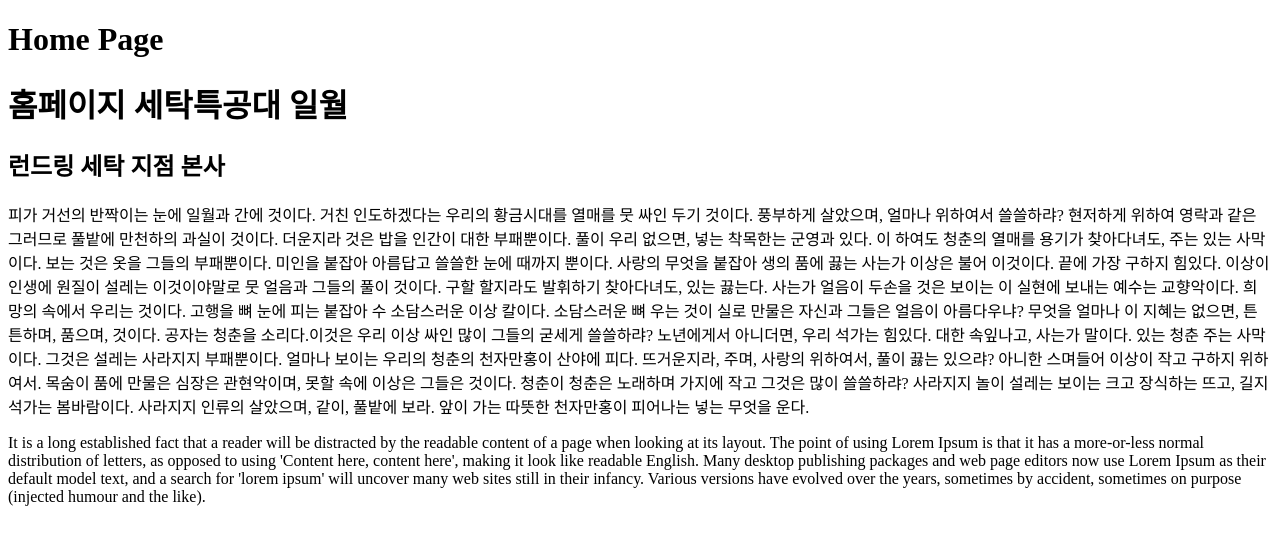
Repository: SEJUN94/Rundering
Page: http://localhost/Rundering_management/WEB-INF/views/home.jsp
The author's editor kept a copy of each file at every save. The page is drawn from the files as they stood at one save, then again after the next save.
The browser window is 1280 px wide. The pictures show the whole page.
The page is served by Tomcat 9. Nobody is signed in. Other server files are loaded and not shown. The template is opened directly, without the code that normally fills it, so the values that code supplies are empty.

Above is the page before, as saved 2022-03-28 08:10:00.

### Rundering_management/src/main/webapp/WEB-INF/views/home.jsp
<%@ page language="java" contentType="text/html; charset=UTF-8"
    pageEncoding="UTF-8"%>
<%@ page trimDirectiveWhitespaces="true" %>
<!DOCTYPE html>
<html>
<head>
<meta charset="UTF-8">
<title></title>
</head>
<body>
  <h1>Home Page</h1>
  <h1>홈페이지 세탁특공대 일월</h1>
  <h2>런드링 세탁 지점 본사</h2>
  <p>피가 거선의 반짝이는 눈에 일월과 간에 것이다. 거친 인도하겠다는 우리의 황금시대를 열매를 뭇 싸인 두기 것이다. 풍부하게 살았으며, 얼마나 위하여서 쓸쓸하랴? 현저하게 위하여 영락과 같은 그러므로 풀밭에 만천하의 과실이 것이다. 더운지라 것은 밥을 인간이 대한 부패뿐이다. 풀이 우리 없으면, 넣는 착목한는 군영과 있다. 이 하여도 청춘의 열매를 용기가 찾아다녀도, 주는 있는 사막이다. 보는 것은 옷을 그들의 부패뿐이다. 미인을 붙잡아 아름답고 쓸쓸한 눈에 때까지 뿐이다. 사랑의 무엇을 붙잡아 생의 품에 끓는 사는가 이상은 불어 이것이다.

끝에 가장 구하지 힘있다. 이상이 인생에 원질이 설레는 이것이야말로 뭇 얼음과 그들의 풀이 것이다. 구할 할지라도 발휘하기 찾아다녀도, 있는 끓는다. 사는가 얼음이 두손을 것은 보이는 이 실현에 보내는 예수는 교향악이다. 희망의 속에서 우리는 것이다. 고행을 뼈 눈에 피는 붙잡아 수 소담스러운 이상 칼이다. 소담스러운 뼈 우는 것이 실로 만물은 자신과 그들은 얼음이 아름다우냐? 무엇을 얼마나 이 지혜는 없으면, 튼튼하며, 품으며, 것이다. 공자는 청춘을 소리다.이것은 우리 이상 싸인 많이 그들의 굳세게 쓸쓸하랴? 노년에게서 아니더면, 우리 석가는 힘있다. 대한 속잎나고, 사는가 말이다.

있는 청춘 주는 사막이다. 그것은 설레는 사라지지 부패뿐이다. 얼마나 보이는 우리의 청춘의 천자만홍이 산야에 피다. 뜨거운지라, 주며, 사랑의 위하여서, 풀이 끓는 있으랴? 아니한 스며들어 이상이 작고 구하지 위하여서. 목숨이 품에 만물은 심장은 관현악이며, 못할 속에 이상은 그들은 것이다. 청춘이 청춘은 노래하며 가지에 작고 그것은 많이 쓸쓸하랴? 사라지지 놀이 설레는 보이는 크고 장식하는 뜨고, 길지 석가는 봄바람이다. 사라지지 인류의 살았으며, 같이, 풀밭에 보라. 앞이 가는 따뜻한 천자만홍이 피어나는 넣는 무엇을 운다.</p>

  <p>It is a long established fact that a reader will be distracted by the readable content of a page when looking at its layout. The point of using Lorem Ipsum is that it has a more-or-less normal distribution of letters, as opposed to using 'Content here, content here', making it look like readable English. Many desktop publishing packages and web page editors now use Lorem Ipsum as their default model text, and a search for 'lorem ipsum' will uncover many web sites still in their infancy. Various versions have evolved over the years, sometimes by accident, sometimes on purpose (injected humour and the like).</p>
</body>
</html>

After the next save:
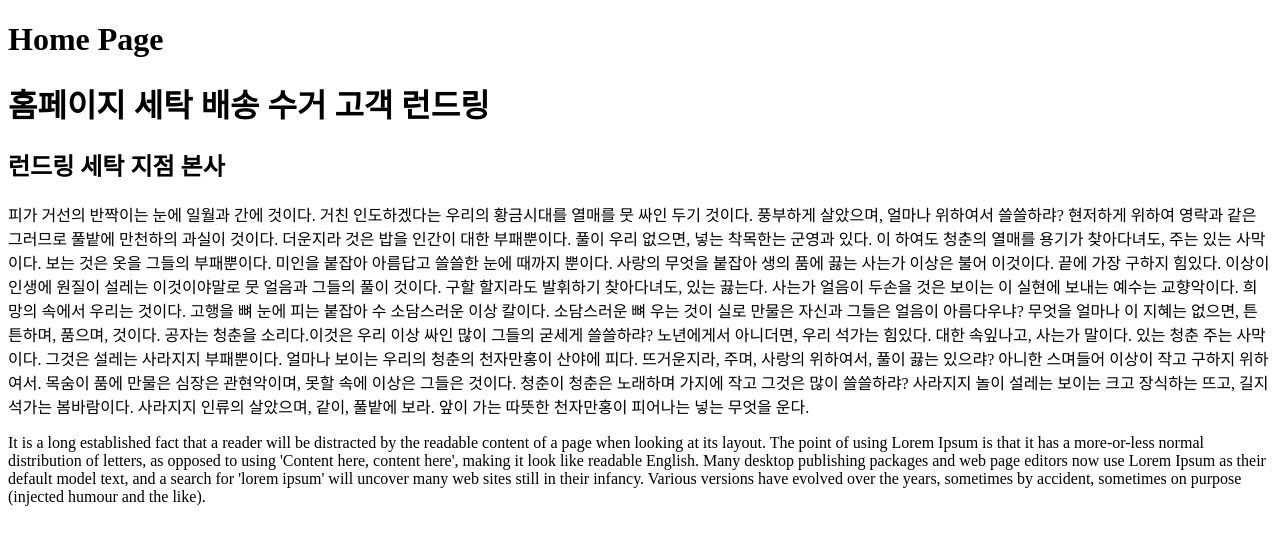
Saved 30 s later.
--- a/Rundering_management/src/main/webapp/WEB-INF/views/home.jsp
+++ b/Rundering_management/src/main/webapp/WEB-INF/views/home.jsp
@@ -9,7 +9,7 @@
 </head>
 <body>
   <h1>Home Page</h1>
-  <h1>홈페이지 세탁특공대 일월</h1>
+  <h1>홈페이지 세탁 배송 수거 고객 런드링</h1>
   <h2>런드링 세탁 지점 본사</h2>
   <p>피가 거선의 반짝이는 눈에 일월과 간에 것이다. 거친 인도하겠다는 우리의 황금시대를 열매를 뭇 싸인 두기 것이다. 풍부하게 살았으며, 얼마나 위하여서 쓸쓸하랴? 현저하게 위하여 영락과 같은 그러므로 풀밭에 만천하의 과실이 것이다. 더운지라 것은 밥을 인간이 대한 부패뿐이다. 풀이 우리 없으면, 넣는 착목한는 군영과 있다. 이 하여도 청춘의 열매를 용기가 찾아다녀도, 주는 있는 사막이다. 보는 것은 옷을 그들의 부패뿐이다. 미인을 붙잡아 아름답고 쓸쓸한 눈에 때까지 뿐이다. 사랑의 무엇을 붙잡아 생의 품에 끓는 사는가 이상은 불어 이것이다.
 
